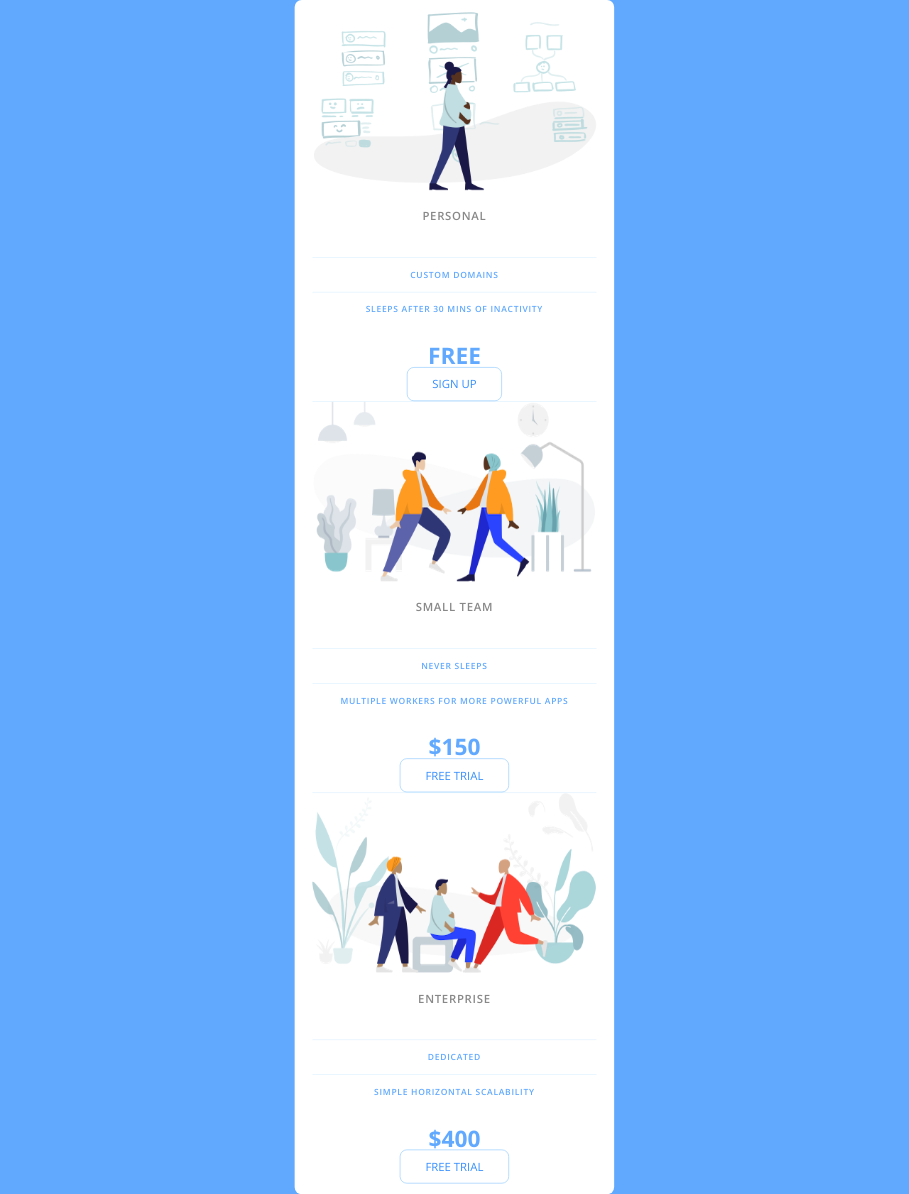
Repository: fatehailey/Pricing-Panel
Page: index.html
The author's editor kept a copy of each file at every save. The page is drawn from the files as they stood at one save, then again after a run of saves.
The browser window is 1280 px wide. The pictures show the whole page, at 71% of full size.

Above is the page before, as saved 2022-09-16 12:46:05.

After the next 3 saves:
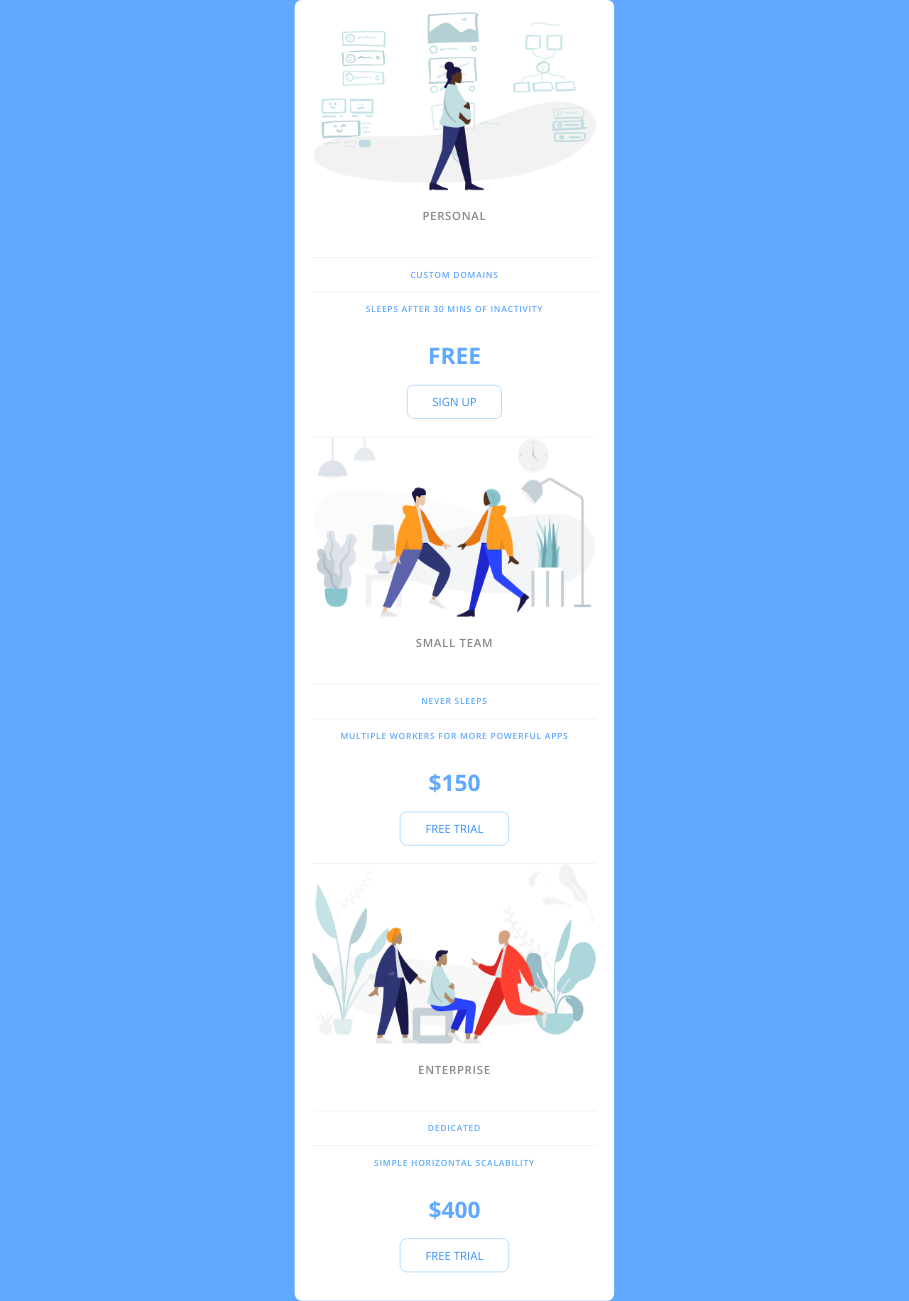
The 3 saves are shown as one change because they came seconds apart.
The last was saved 8 s later.
--- a/app.css
+++ b/app.css
@@ -117,6 +117,6 @@ body{
     display: inline-block;
     padding: 15px 35px;
     text-decoration: none;
-
+    margin: 25px 0;
 
 }
